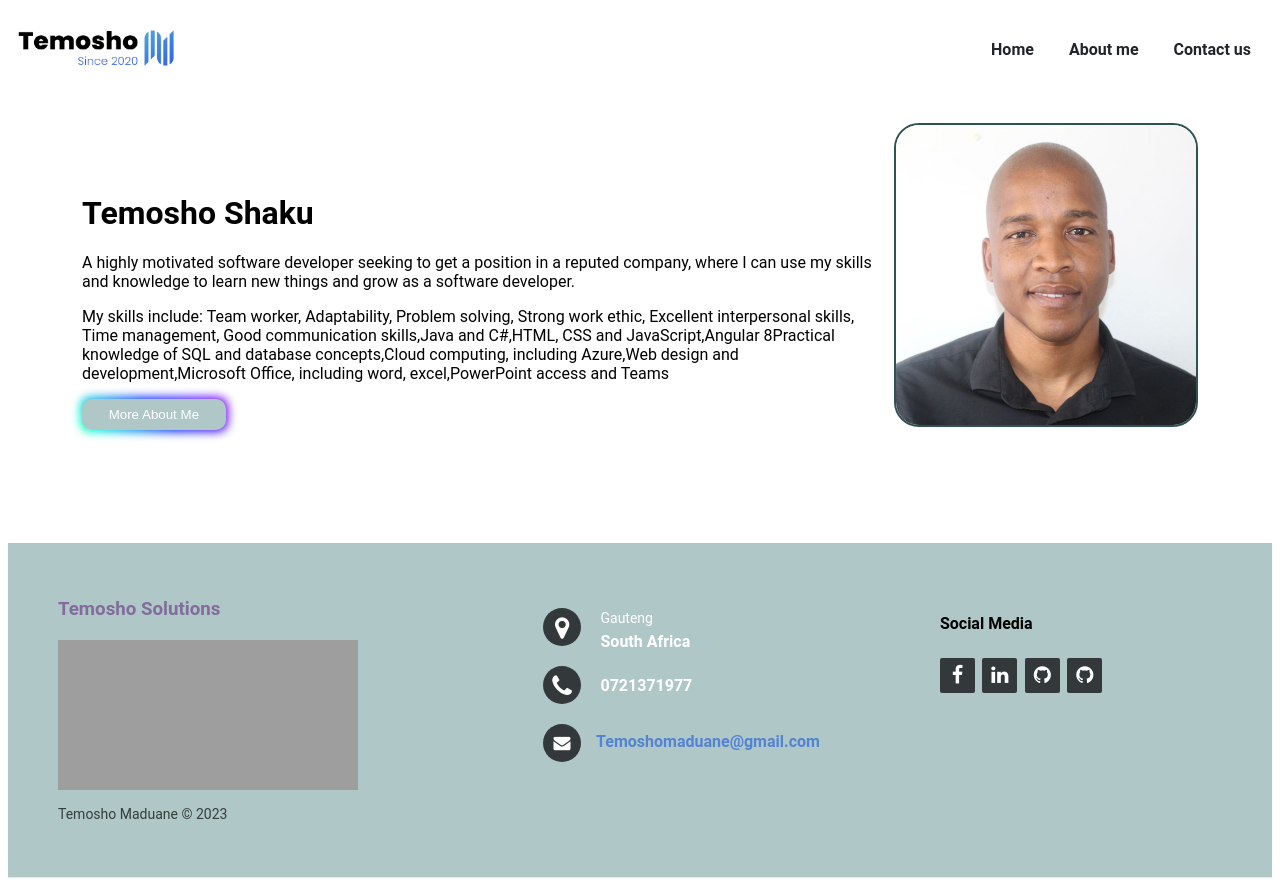
Repository: TemoshoS/T-Shaku
Page: index.html
An editor plug-in stored every save of this project. The page is shown before and after a run of saves, followed by the edit.
The browser window is 1280 px wide. The pictures show the whole page.
Pictures or frames that could not be fetched are drawn as grey boxes. Some web libraries are served in a nearby version.

Above is the page before, as saved 2023-09-28 14:21:08.

### index.html
<!DOCTYPE html>
<html>
  <title>Temosho Shaku</title>
  <meta charset="UTF-8">
        <meta name="viewport" content="width=device-width,initial-scale=1">


        <link rel="stylesheet" href="./css/style.css">

        <link rel="stylesheet" href="http://maxcdn.bootstrapcdn.com/font-awesome/4.2.0/css/font-awesome.min.css">
        <link href="http://fonts.googleapis.com/css?family=Cookie" rel="stylesheet" type="text/css">
  <body>

    <head>
      <div>
        <table style="width: 100%;">
          <tr>
            <td>
              <a href="index.html">
                <img src="./images/logo.png" style="height: 50px;" alt="No logo" />
              </a>
            </td>
            <td align="right">
              <nav  >

                <ul >
                    <a href="index.html" class="nav-link" ><b>Home</b></a>
                    <a href="about.html" class="nav-link"><b>About me</b></a>
                    <a href="contact.html" class="nav-link"><b>Contact us</b></a>
                </ul>
              </nav>
            </td>
          </tr>
        </table>
      </div>
    </head>


    <main>
      <table style="width: 100%; height: 300px">

        <tr>
          <td style="padding-left: 10vh; padding-top: 50px">
            <h1 id ="name"></h1>
            <p style="width: 100%" id="para"></p>
            <p style="width: 100%" id="para1"></p>
            <button class="buttonmore" role="button"> More About Me</button>



          </td>
          <td align="right" style="padding-right: 10vh; padding-top: 30px; padding-bottom: 30px">
            <img
              src ="./images/Temosho.jpg" alt="No picture" width="300px" height="300px" style="border-radius: 25px; object-fit: cover; border: 2px solid rgb(47, 82, 82);"
            />
          </td>
        </tr>
      </table>
    </main>


    <footer class="footer-distributed">
      <div class="footer-left">

          <h3><span>Temosho Solutions</span></h3>
          <p class="footer-links">
            <iframe src="https://www.google.com/maps/embed?pb=!1m18!1m12!1m3!1d57373.12731923028!2d28.183328280934226!3d-26.00669819115315!2m3!1f0!2f0!3f0!3m2!1i1024!2i768!4f13.1!3m3!1m2!1s0x1e956bed9ab01b69%3A0xc853e498933bab2e!2sTembisa%2C%201632!5e0!3m2!1sen!2sza!4v1676883111483!5m2!1sen!2sza"  width="300" height="150" style="border:0;" allowfullscreen="" loping="lazy"></iframe>


          </p>


          <p class="footer-portfolio-name">Temosho Maduane &copy; 2023</p>
      </div>

      <div class="footer-center">

          <div>
              <i class="fa fa-map-marker"></i>
              <p><span>Gauteng</span>South Africa</p>
          </div>
          <div>
              <i class="fa fa-phone"></i>
              <p>0721371977</p>
          </p>

          </div>
          <div>

              <p><a href="temoshomaduane@gmail.com"><i class="fa fa-envelope"></i>Temoshomaduane@gmail.com</a>
              </p>
          </div>
      </div>

      <div class="footer-right">
              <p >
                  Social Media
              </p>

              <div class="footer-icons">
                  <a href="https://m.facebook.com/temosho.shaku"><i class="fa fa-facebook"></i></a>
                  <a href="https://www.linkedin.com/mwlite/in/temosho-shaku-a2598917b"><i class="fa fa-linkedin"></i></a>
                  <a href="https://github.com/TemoshoS"><i class="fa fa-github"></i></a>
                  <a href="https://api.whatsapp.com/send?phone=27 721371977"><i class="fa fa-github"></i></a>

              </div>

      </div>
  </footer>
  <script src="./javascript/index.js"></script>
  </body>
</html>

### css/style.css
/*Navigation bar*/
.nav-link {
	text-decoration: none;
	display: inline-block;
	padding: 13px 13px;
	color: #212529;
	margin-right: 5px;
  }

  .nav-link:hover {
	text-decoration:none;
	border-bottom: 2px solid #84e7ee;
  }


@import url("https://fonts.googleapis.com/css2?family=Roboto:wght@100&display=swap");
h1,
h2,
h3,
h4,
h5,
h6,
p,
a,
label,
address,
input {
	font-family: "Roboto", sans-serif;
}

/*button*/

.buttonmore {
	padding: 0.6em 2em;
	border: none;
	outline: none;
	color: rgb(255, 255, 255);
	cursor: pointer;
	position: relative;
	z-index: 0;
	border-radius: 10px;
	user-select: none;
	-webkit-user-select: none;
	touch-action: manipulation;
  }

  .buttonmore:before {
	content: "";
	background: linear-gradient(
	  45deg,
	  #ff0000,
	  #ff7300,
	  #fffb00,
	  #48ff00,
	  #00ffd5,
	  #002bff,
	  #7a00ff,
	  #ff00c8,
	  #ff0000
	);
	position: absolute;
	top: -2px;
	left: -2px;
	background-size: 400%;
	z-index: -1;
	filter: blur(5px);
	-webkit-filter: blur(5px);
	width: calc(100% + 4px);
	height: calc(100% + 4px);
	animation: glowing-button-85 20s linear infinite;
	transition: opacity 0.3s ease-in-out;
	border-radius: 10px;
  }

  @keyframes glowing-button-85 {
	0% {
	  background-position: 0 0;
	}
	50% {
	  background-position: 400% 0;
	}
	100% {
	  background-position: 0 0;
	}
  }

  .buttonmore:after {
	z-index: -1;
	content: "";
	position: absolute;
	width: 100%;
	height: 100%;
	background: #b0c7c7;
	left: 0;
	top: 0;
	border-radius: 10px;
  }
/*Contact form*/
.contactform {


	border-radius: 5px;
	background-color: #f2f2f2;
	padding: 20px;
	width: 400px;
	margin-left: auto;
	margin-right: auto;

}



.footer-distributed{
	background-color: #b0c7c7;
	box-shadow: 0 1px 1px 0 rgba(5, 110, 52, 0.12);
	box-sizing: border-box;
	width: 100%;
	text-align: left;
	font: bold 16px sans-serif;

	padding: 55px 50px;
	margin-top: 80px;
}

.footer-distributed .footer-left,
.footer-distributed .footer-center,
.footer-distributed .footer-right{
	display: inline-block;
	vertical-align: top;
}

.footer-distributed .footer-left{
	width: 40%;
}

.footer-distributed h3{
	color:  #ffffff;

	margin: 0;
}

.footer-distributed h3 span{
	color:  #826c9b;
}


.footer-distributed .footer-links{
	color:  #ffffff;
	margin: 20px 0 12px;
	padding: 0;
}

.footer-distributed .footer-links a{
	display:inline-block;
	line-height: 1.8;
	text-decoration: none;
	color:  inherit;
}

.footer-distributed .footer-portfolio-name{
	color:  #373d3d;
	font-size: 14px;
	font-weight: normal;
	margin: 0;
}


.footer-distributed .footer-center{
	width: 35%;
}

.footer-distributed .footer-center i{
	background-color:  #33383b;
	color: #ffffff;
	font-size: 25px;
	width: 38px;
	height: 38px;
	border-radius: 50%;
	text-align: center;
	line-height: 42px;
	margin: 10px 15px;
	vertical-align: middle;
}

.footer-distributed .footer-center i.fa-envelope{
	font-size: 17px;
	line-height: 38px;
}

.footer-distributed .footer-center p{
	display: inline-block;
	color: #ffffff;
	vertical-align: middle;
	margin:0;
}

.footer-distributed .footer-center p span{
	display:block;
	font-weight: normal;
	font-size:14px;
	line-height:2;
}

.footer-distributed .footer-center p a{
	color:  #5383d3;
	text-decoration: none;;
}

.footer-distributed .footer-right{
	width: 20%;
}

.footer-distributed .footer-portfolio-about{
	line-height: 20px;
	color:  #92999f;
	font-size: 13px;
	font-weight: normal;
	margin: 0;
}

.footer-distributed .footer-portfolio-about span{
	display: block;
	color:  #ffffff;
	font-size: 14px;
	font-weight: bold;
	margin-bottom: 20px;
}

.footer-distributed .footer-icons{
	margin-top: 25px;
}

.footer-distributed .footer-icons a{
	display: inline-block;
	width: 35px;
	height: 35px;
	cursor: pointer;
	background-color:  #33383b;
	border-radius: 2px;

	font-size: 20px;
	color: #ffffff;
	text-align: center;
	line-height: 35px;

	margin-right: 3px;
	margin-bottom: 5px;
}


@media (max-width: 880px) {

	.footer-distributed{
		font: bold 14px sans-serif;

	}

	.footer-distributed .footer-left,
	.footer-distributed .footer-center,
	.footer-distributed .footer-right{
		display: block;
		width: 100%;
		margin-bottom: 40px;
		text-align: center;
	}

	.footer-distributed .footer-center i{
		margin-left: 0;
	}


}

### javascript/index.js

document.getElementById("name").innerHTML = "Temosho Shaku";

document.getElementById("para").innerHTML = "A highly motivated software developer seeking to get a position in a reputed company, where I can use my skills and knowledge to learn new things and grow as a software developer.";

document.getElementById("para1").innerHTML = "My skills include: Team worker, Adaptability, Problem solving, Strong work ethic, Excellent interpersonal skills, Time management, Good communication skills,Java and C#,HTML, CSS and JavaScript,Angular 8Practical knowledge of SQL and database concepts,Cloud computing, including Azure,Web design and development,Microsoft Office, including word, excel,PowerPoint access and Teams";

After the next 2 saves:
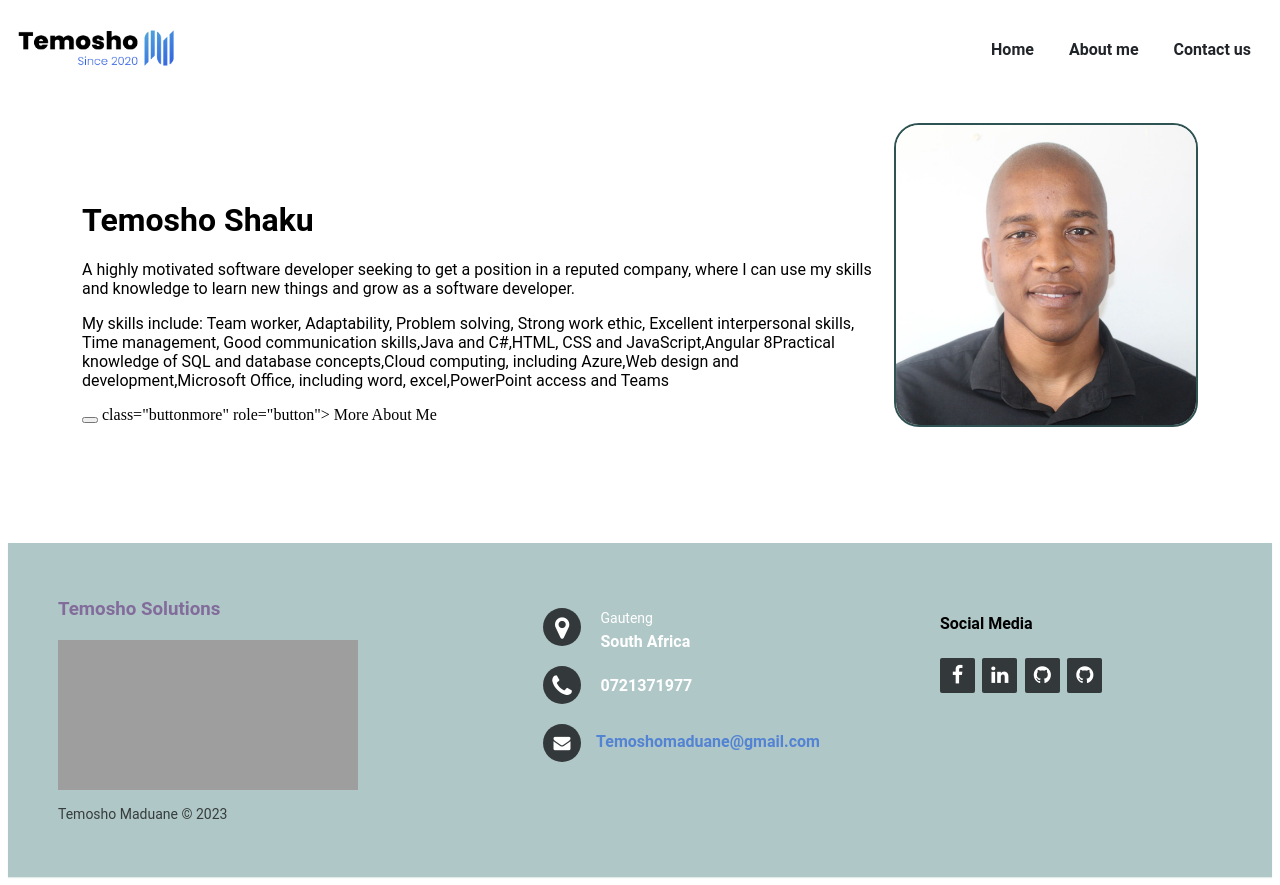
The 2 saves are shown as one change because they came seconds apart.
The last was saved 74 s later.
--- a/index.html
+++ b/index.html
@@ -44,7 +44,7 @@
             <h1 id ="name"></h1>
             <p style="width: 100%" id="para"></p>
             <p style="width: 100%" id="para1"></p>
-            <button class="buttonmore" role="button"> More About Me</button>
+            <button onclick="window.location.href='about.html'"></button> class="buttonmore" role="button"> More About Me</button>
 
 
 
